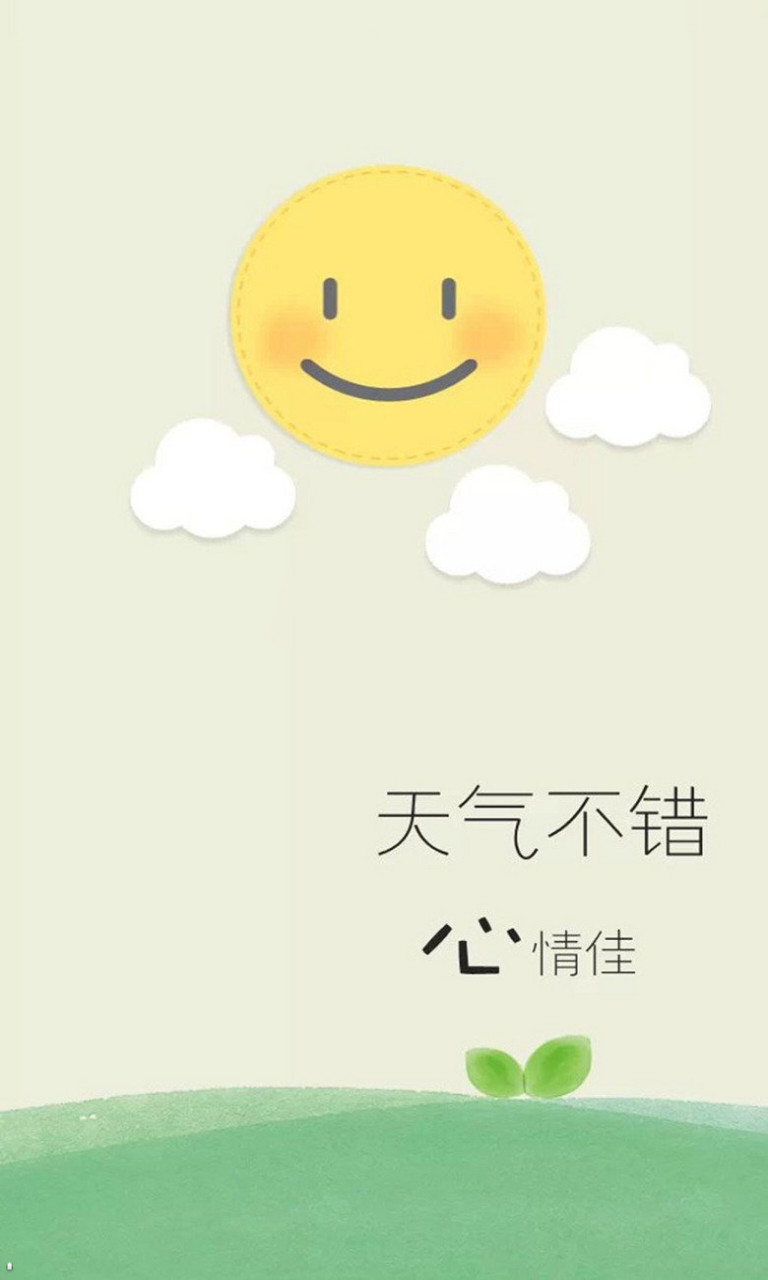
Repository: lihangogo/LHweather
Layout: LHweather/res/layout/activity_main.xml
These files come from the project's save history. The layout is drawn as it stood at one moment and after the next save; the edit follows.
It is drawn on a 768 x 1280 px phone screen (xhdpi) without system bars, with theme AppTheme; the app's code is not run.

Above is the layout before, as saved 2017-08-18 01:29:54.

### LHweather/res/layout/activity_main.xml
<LinearLayout xmlns:android="http://schemas.android.com/apk/res/android"
    xmlns:tools="http://schemas.android.com/tools"
    android:layout_width="match_parent"
    android:layout_height="match_parent"
    android:background="@drawable/center"
    android:orientation="vertical"
    android:id="@+id/layout1"
    tools:context=".MainActivity" >

    <ImageView
        android:layout_width="fill_parent"
        android:layout_height="0dp"
        android:layout_weight="5"
        android:contentDescription="@string/image_error"

        android:scaleType="fitCenter" />
	<Button
	    android:id="@+id/button"
	    android:layout_width="10dp"
	    android:layout_height="10dp"

	    />
</LinearLayout>

### LHweather/res/values/strings.xml
<?xml version="1.0" encoding="utf-8"?>
<resources>

    <string name="app_name">LHweather</string>
    <string name="action_settings">Settings</string>
    <string name="hello_world">Hello world!</string>
	<string name="image_error">图片加载失败</string>
	<string name="key">18b24e9830804182b9d804d90dd1b006</string>
</resources>

Loaded but not shown: LHweather/res/values/styles.xml (common file)

After the next save:
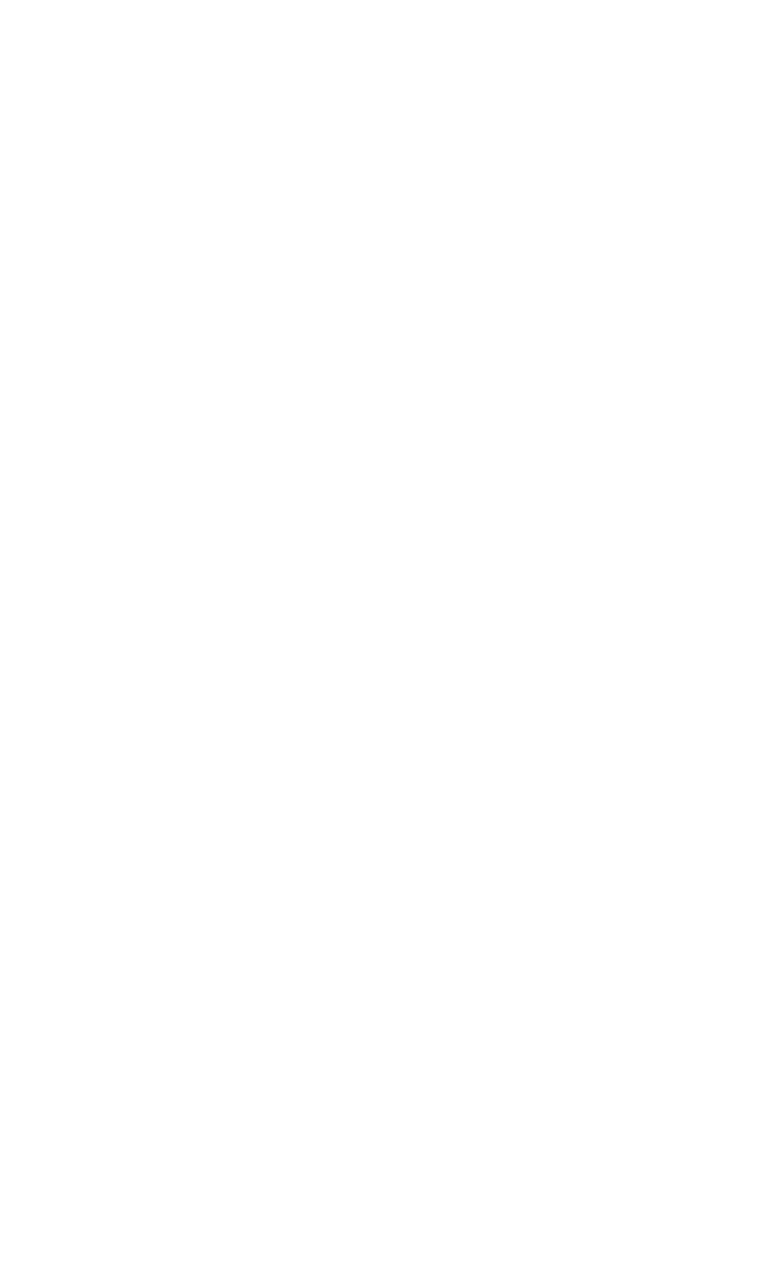
Saved 93 s later.
--- a/LHweather/res/layout/activity_main.xml
+++ b/LHweather/res/layout/activity_main.xml
@@ -2,7 +2,6 @@
     xmlns:tools="http://schemas.android.com/tools"
     android:layout_width="match_parent"
     android:layout_height="match_parent"
-    android:background="@drawable/center"
     android:orientation="vertical"
     android:id="@+id/layout1"
     tools:context=".MainActivity" >
@@ -14,10 +13,6 @@
         android:contentDescription="@string/image_error"
 
         android:scaleType="fitCenter" />
-	<Button
-	    android:id="@+id/button"
-	    android:layout_width="10dp"
-	    android:layout_height="10dp"
 
 	    />
 </LinearLayout>

After the save that followed:
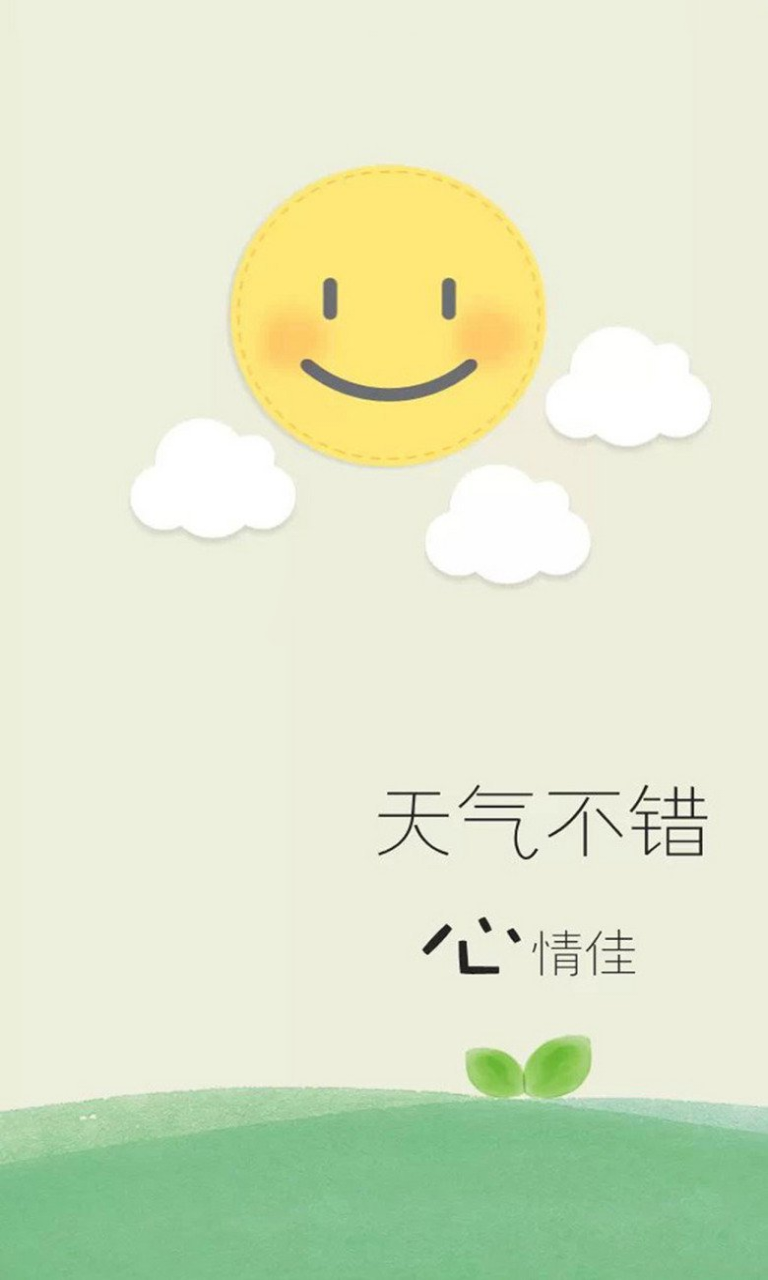
Saved 5 s later.
--- a/LHweather/res/layout/activity_main.xml
+++ b/LHweather/res/layout/activity_main.xml
@@ -11,7 +11,7 @@
         android:layout_height="0dp"
         android:layout_weight="5"
         android:contentDescription="@string/image_error"
-
+        android:background="@drawable/center"
         android:scaleType="fitCenter" />
 
 	    />
